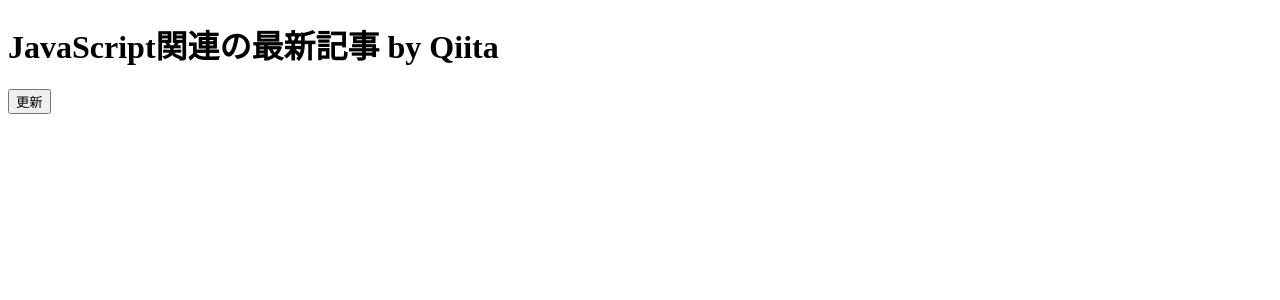
Repository: takahiro-djk/Samurai_JS
Page: samurai_js/hoge.html
The author's editor kept a record of every edit. The page is drawn from the files as they stood at one moment, then again after the next edit.
The browser window is 1280 px wide. The pictures show the whole page.

Above is the page before.

### samurai_js/hoge.html
<!DOCTYPE html>
<html lang="ja">
  <head>
    <meta charset="UTF-8">
     <title>JavaScriptの練習</title>

  </head>

  <body>
    <h1>JavaScript関連の最新記事 by Qiita</h1>

    <button id="btn">更新</button>

    <ul id="list"></ul>







      <script>

          const url = 'https://api.github.com/search/repositories?q=javascript';

          const btn = document.getElementById('btn');

          const list = document.getElementById('list');


          const createList = item => {
            const li = document.createElement('li');

            const a = document. createElement('a');

            a.href = item.url;
            li.textContent = item.title;

            a.appendChild(li);
            list.appendChild(a);


          }

          btn.addEventListener('click', () => {
            list.innerHTML = '';//結果表示部分をリセット

            fetch(url)
            .then(data => data.json())
            .then(data => {

              data.forEach(item => createList(item))

            })

          })








      </script>



  </body>
</html>

After the next edit:
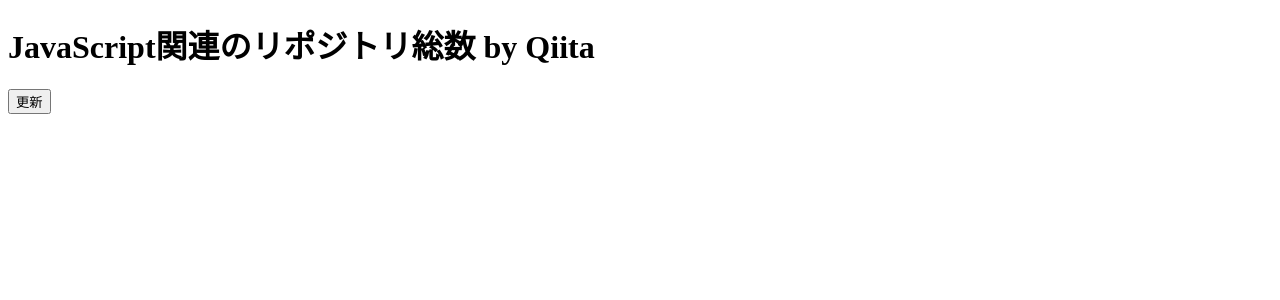
The edit:
--- a/samurai_js/hoge.html
+++ b/samurai_js/hoge.html
@@ -7,7 +7,7 @@
   </head>
 
   <body>
-    <h1>JavaScript関連の最新記事 by Qiita</h1>
+    <h1>JavaScript関連のリポジトリ総数 by Qiita</h1>
 
     <button id="btn">更新</button>
 
